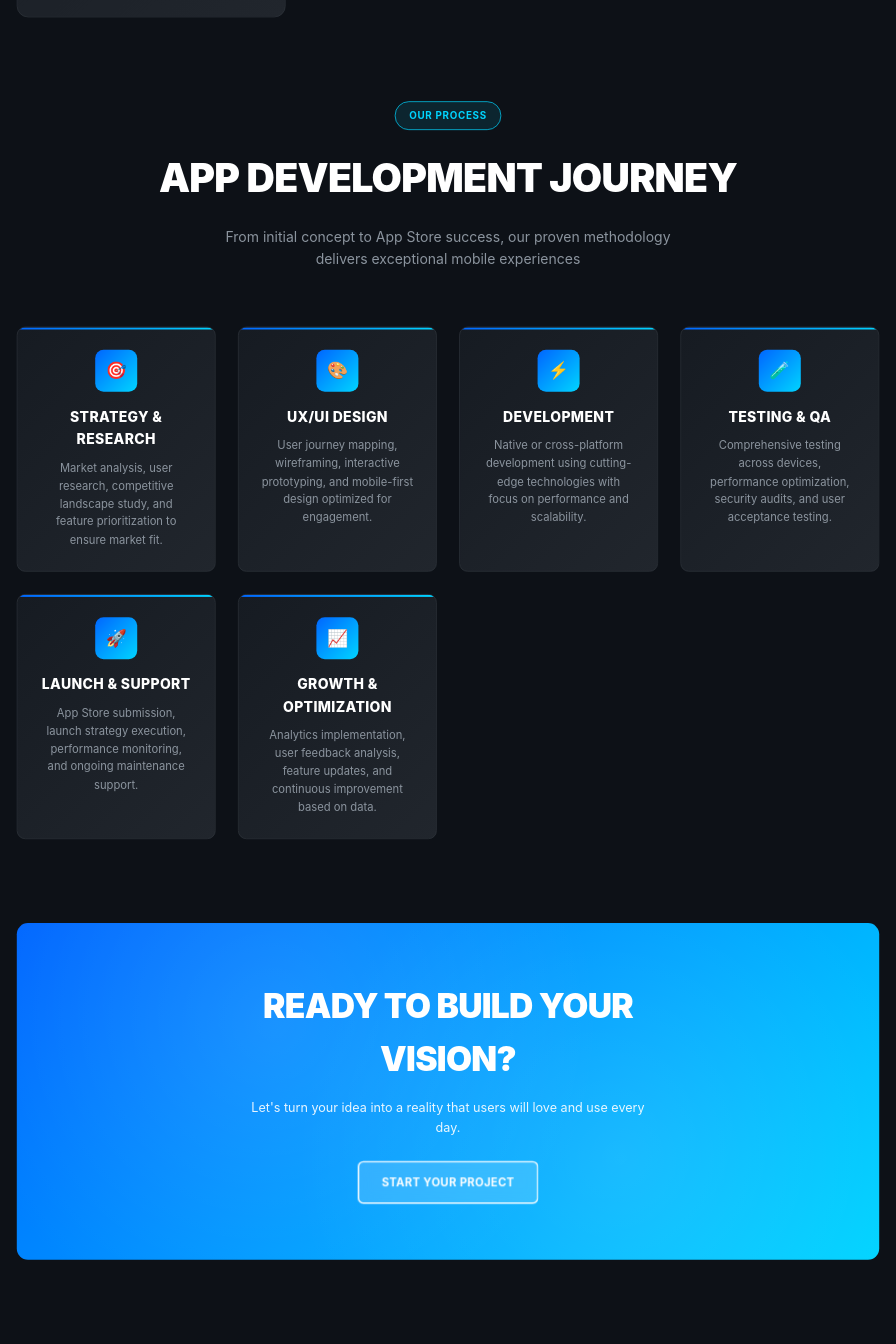
Repository: techandbeauty/NexusTech-Service-Portal
Page: apps.html
An editor plug-in stored every save of this project. The page is shown before and after the next save, followed by the edit.
The browser window is 1280 px wide. The pictures show the part of the page from y = 2274 to 4194 px (the page is 4194 px tall before and 4165 px after), at 70% of full size.

Above is the page before, as saved 2025-09-06 10:52:24.

After the next save:
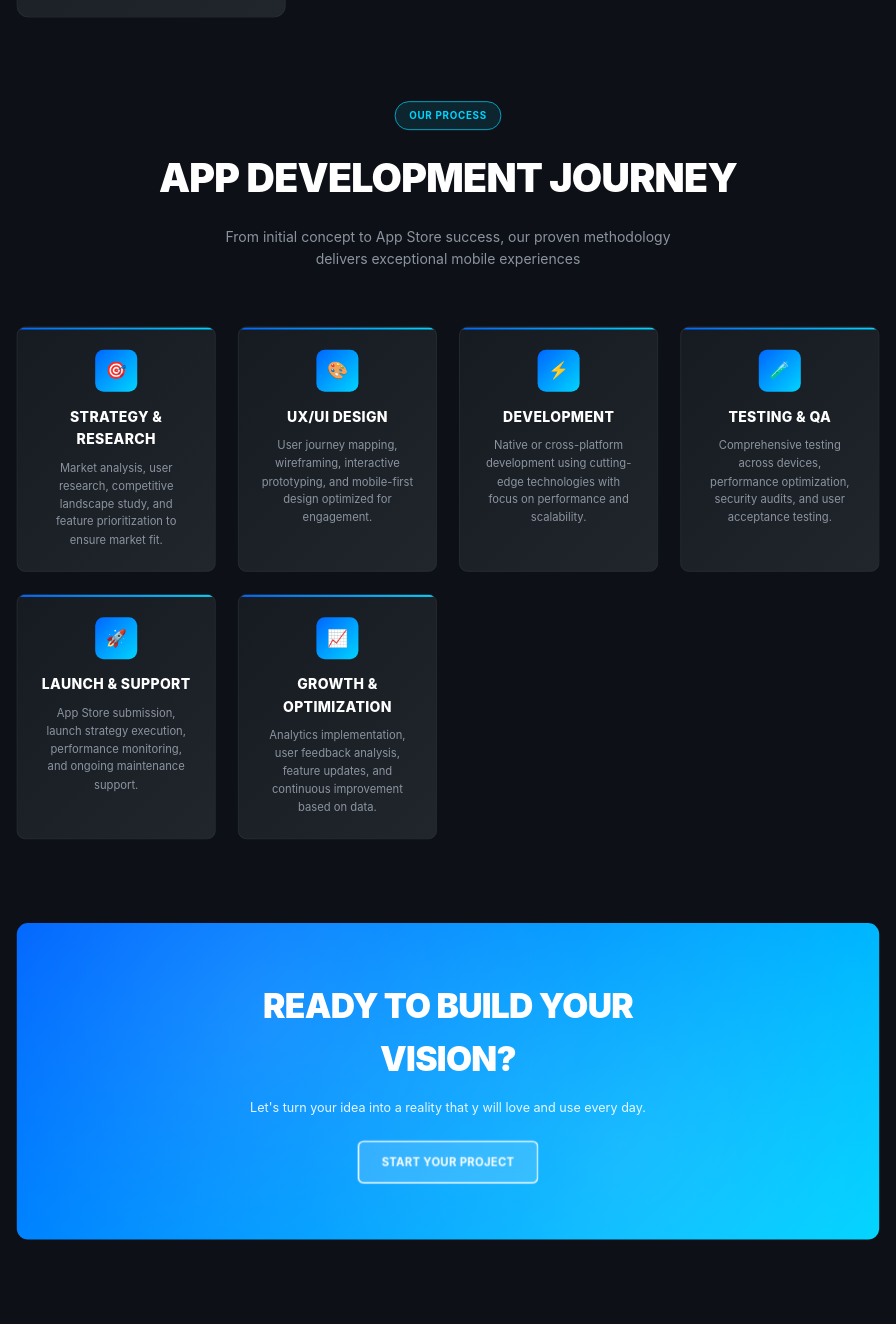
Saved 18 s later.
--- a/apps.html
+++ b/apps.html
@@ -703,7 +703,7 @@
         <section class="cta-section fade-in">
             <div class="cta-content">
                 <h3>Ready to Build Your vision?</h3>
-                <p>Let's turn your idea into a reality that users will love and use every day.</p>
+                <p>Let's turn your idea into a reality that y will love and use every day.</p>
                 <a href="connect.html" class="cta-btn">Start Your Project</a>
             </div>
         </section>
